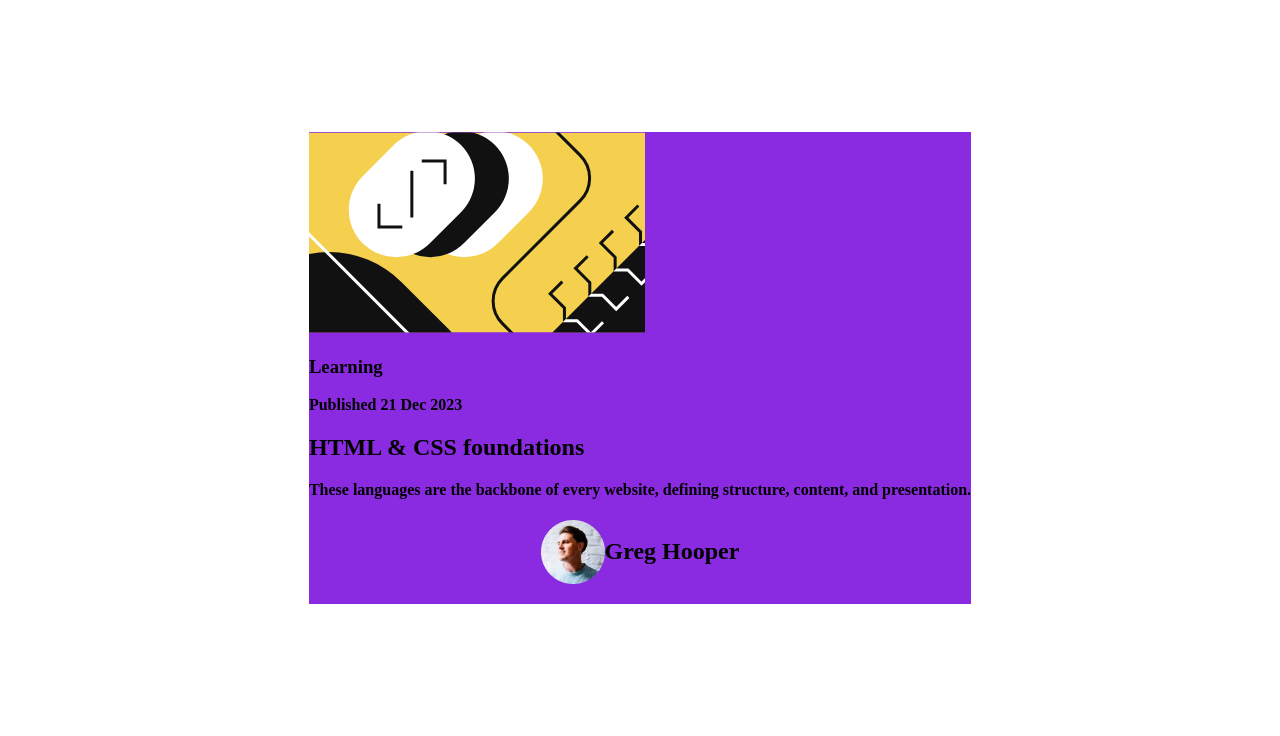
Repository: reemoon-ctrl/blog-preview-card
Page: index.html
These files come from the project's save history. The page is drawn as it stood at one moment and after the next save; the edit follows.
The browser window is 1280 px wide. The pictures show the whole page.

Above is the page before, as saved 2024-07-19 13:47:10.

### index.html
<!DOCTYPE html>
<html>
    <head>
        <title>Frontend Mentor | Blog preview card</title>
        <link rel="stylesheet" href="index.css" />


    </head>
    <body>
        <article class="blog-card-article">
            <div class="blog-card">
                <img class="blog-img"src="img\illustration-article.svg" alt="illustration-article" />
                <h3 class="blog-category">Learning</h3>
                <b class="blog-date">Published 21 Dec 2023</b>
                <h1 class="blog-title">HTML & CSS foundations</h1>
                <b class="blog-discrip">These languages are the backbone of every website, defining structure, content, and presentation.</b>
                <h2 class="blog-author"><img  src="img\image-avatar.webp" alt="Greg Hooper avatar"/>Greg Hooper</h2>
            </div>
        </article>

    </body>
</html>

### index.css
.blog-card-article{
    min-height: 100vh;
    display: flex;
    align-items:center;
    justify-content: center;


}

.blog-card{
    background-color: blueviolet;

}

.blog-img{


}

.blog-category{


}

.blog-date{

}

.blog-title{

}
.blog-discrip{

}

.blog-author{
    display: flex;
    align-items:center;
    justify-content: center;

}

After the next save:
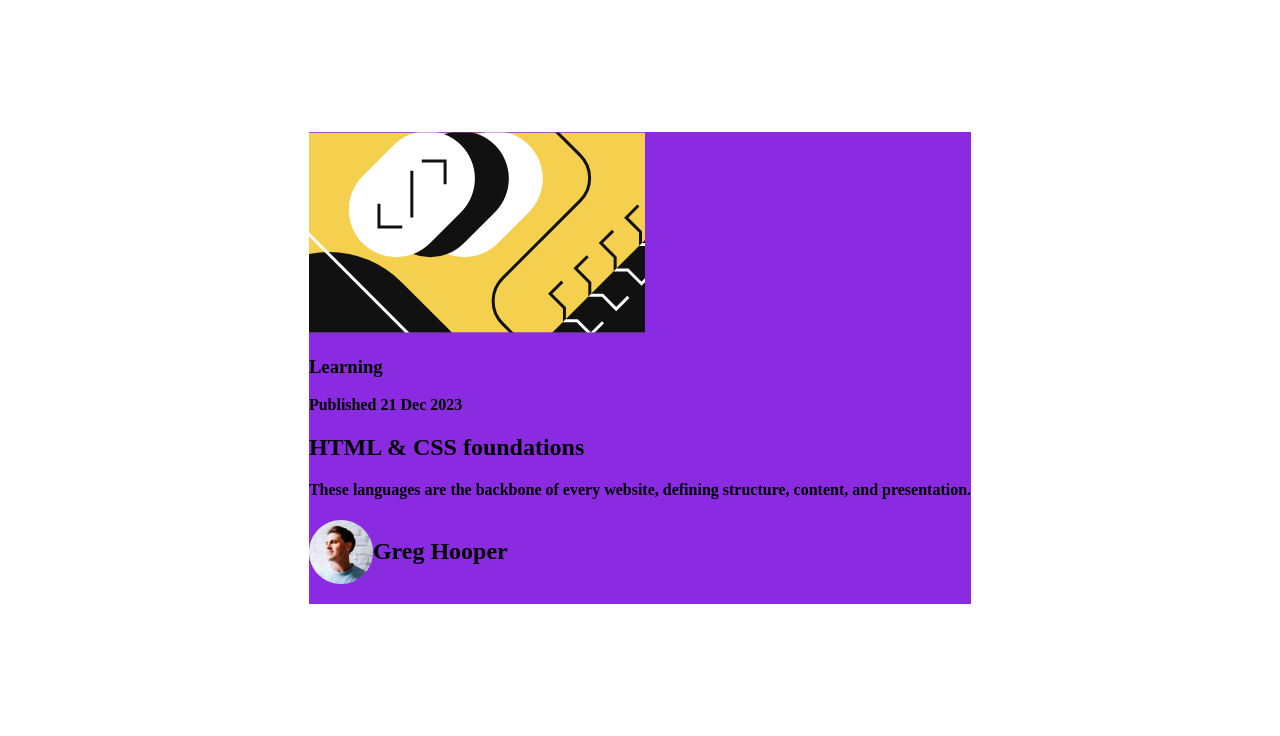
Saved 6 s later.
--- a/index.css
+++ b/index.css
@@ -36,6 +36,6 @@
 .blog-author{
     display: flex;
     align-items:center;
-    justify-content: center;
+    justify-content:;
 
 }
